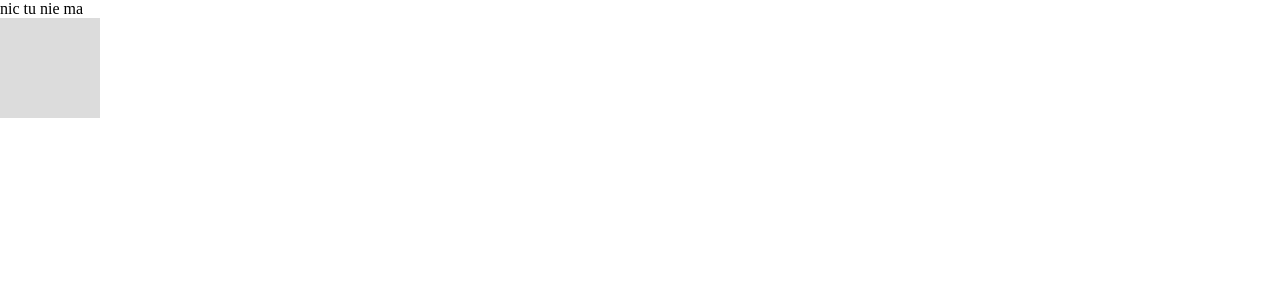
Repository: Ryszard-Penkala/Canvas-p5
Page: index.html
An editor plug-in stored every save of this project. The page is shown before and after the next save, followed by the edit.
The browser window is 1280 px wide. The pictures show the whole page.
Some web libraries are served in a nearby version.

Above is the page before, as saved 2020-07-06 06:52:53.
Console error: ReferenceError: resizeCanvas is not defined

### index.html
<!DOCTYPE html>
<html lang="en">
<head>
    <meta charset="UTF-8">
    <meta name="viewport" content="width=device-width, initial-scale=1.0">
    <link rel="stylesheet" href="./assets/styles/style.css">
    <script src="https://cdnjs.cloudflare.com/ajax/libs/p5.js/1.0.0/p5.min.js"></script>
    <title>p5</title>
</head>
<body>
    <div class="canvas" id="canvasik">nic tu nie ma</div>


<script src="./assets/js/index.js"></script>
</body>
</html>

### assets/styles/style.css
*,
*::before,
*::after {
  margin: 0;
  padding: 0;
  -webkit-box-sizing: border-box;
          box-sizing: border-box;
}

.divek {
  width: 400px;
  height: 400px;
  background-color: red;
}
/*# sourceMappingURL=style.css.map */

### assets/js/index.js
console.log('siema');
const canvas = document.getElementById('canvasik');

function setup() {
    let myCanvas = createCanvas(100, 100);
  }
resizeCanvas(canvas.clientHeight, canvas.clientWidth)

function draw() {
    background(220);
  }

After the next save:
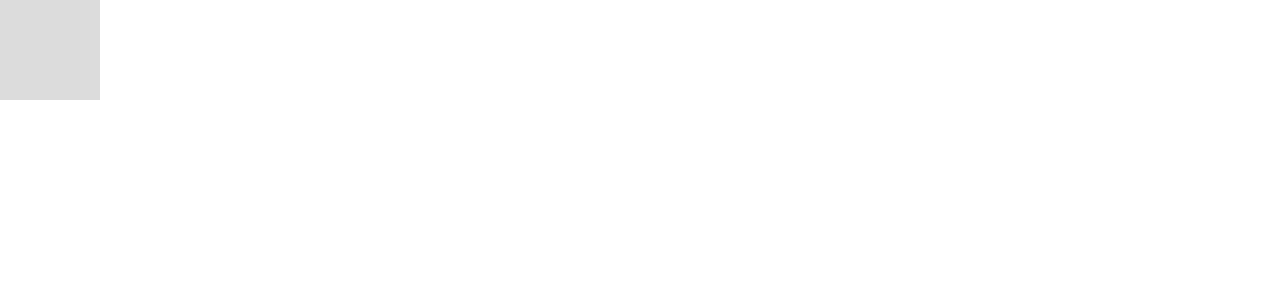
Saved 16 s later.
--- a/index.html
+++ b/index.html
@@ -8,7 +8,7 @@
     <title>p5</title>
 </head>
 <body>
-    <div class="canvas" id="canvasik">nic tu nie ma</div>
+    <div class="canvas" id="canvasik"></div>
 
 
 <script src="./assets/js/index.js"></script>
